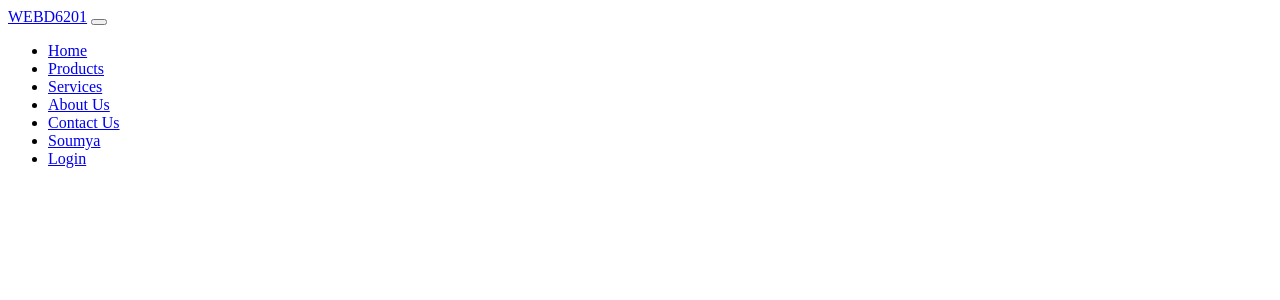
Repository: soumyann/soumyann11.github.io
Page: header.html
These files come from the project's save history. The page is drawn as it stood at one moment and after the next save; the edit follows.
The browser window is 1280 px wide. The pictures show the whole page.

Above is the page before, as saved 2022-02-27 13:44:21.

### header.html
<nav class="navbar navbar-expand-lg navbar-dark bg-dark">
  <div class="container-fluid">
    <a class="navbar-brand" href="index.html"><i class="fas fa-spider"></i> WEBD6201</a>
    <button class="navbar-toggler" type="button" data-bs-toggle="collapse" data-bs-target="#navbarSupportedContent"
      aria-controls="navbarSupportedContent" aria-expanded="false" aria-label="Toggle navigation">
      <span class="navbar-toggler-icon"></span>
    </button>
    <div class="collapse navbar-collapse" id="navbarSupportedContent">
      <ul class="navbar-nav ms-auto mb-2 mb-lg-0">
        <li class="nav-item">
          <a class="nav-link" href="index.html"><i class="fas fa-home"></i> Home</a>
        </li>
        <li class="nav-item">
          <a class="nav-link" href="products.html"><i class="fas fa-project-diagram"></i> Products</a>
        </li>
        <li class="nav-item">
          <a class="nav-link" href="services.html"><i class="fas fa-map-signs"></i> Services</a>
        </li>
        <li class="nav-item">
          <a class="nav-link" href="about.html"><i class="fas fa-info"></i> About Us</a>
        </li>
        <li class="nav-item">
          <a class="nav-link" href="contact.html"><i class="fas fa-envelope"></i> Contact Us</a>
        </li>
        <li class="nav-item">
          <a class="nav-link" href="#">Soumya</a>
        </li>
        <li id="login" class="nav-item">
          <a class="nav-link" href="login.html"><i class="fas fa-sign-in-alt"></i> Login</a>
        </li>
      </ul>
    </div>
  </div>
</nav>

After the next save:
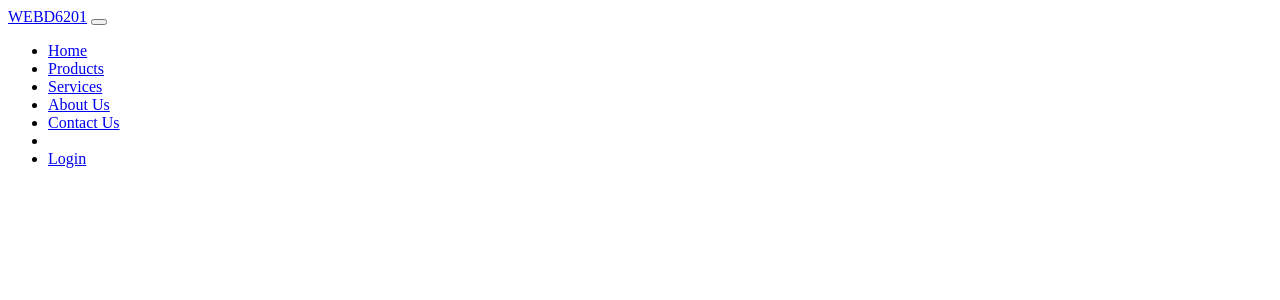
Saved 33 s later.
--- a/header.html
+++ b/header.html
@@ -23,7 +23,7 @@
           <a class="nav-link" href="contact.html"><i class="fas fa-envelope"></i> Contact Us</a>
         </li>
         <li class="nav-item">
-          <a class="nav-link" href="#">Soumya</a>
+          <a id="loginUser" class="nav-link" href="#"></a>
         </li>
         <li id="login" class="nav-item">
           <a class="nav-link" href="login.html"><i class="fas fa-sign-in-alt"></i> Login</a>
